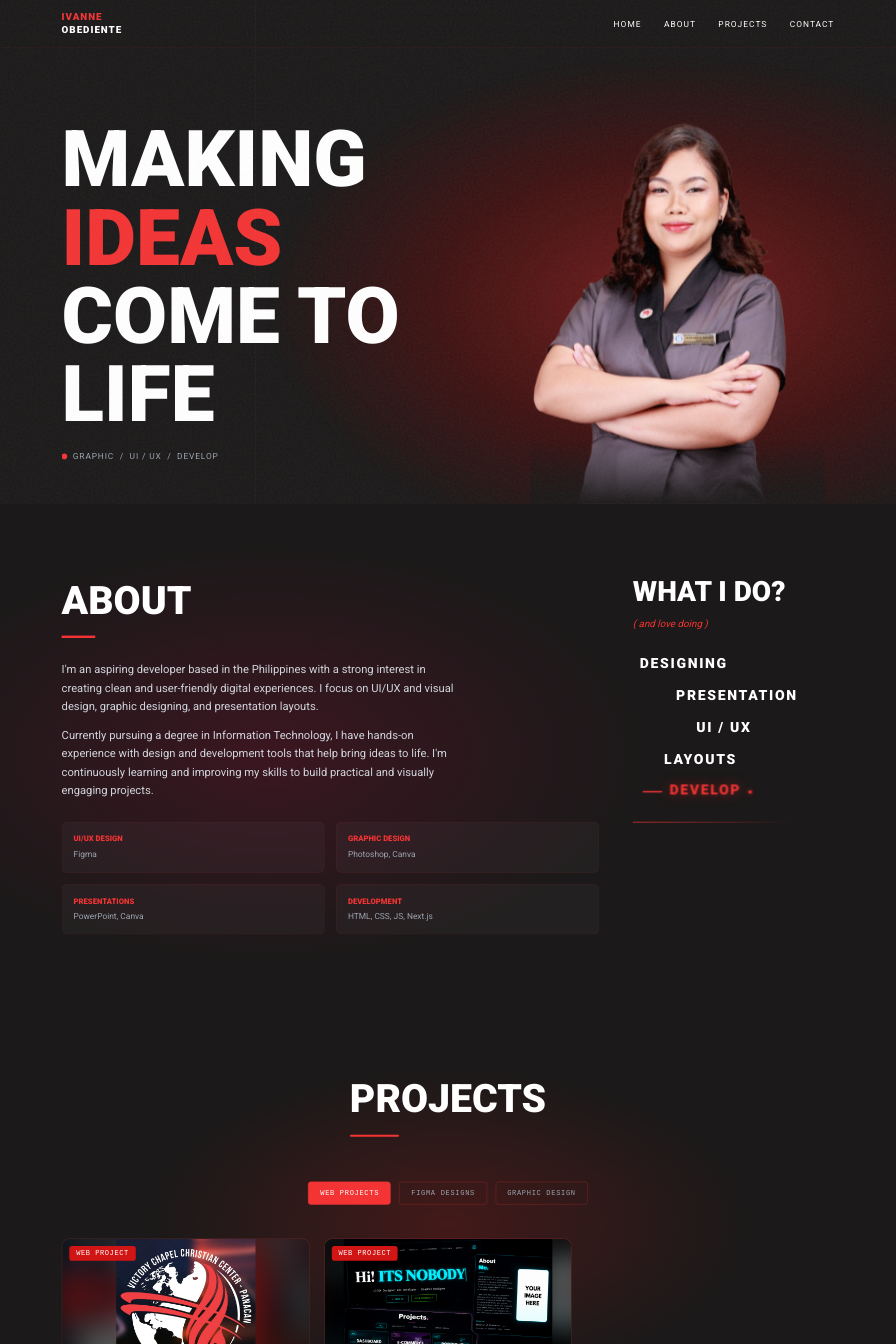
Repository: banbanny/my-portfolio
Page: /
The author's editor kept a copy of each file at every save. The page is drawn from the files as they stood at one save, then again after the next save.
The browser window is 1280 px wide. The pictures show the part of the page from y = 0 to 1920 px (the page is 4275 px tall), at 70% of full size.
The project was rebuilt for these pictures with package versions that can differ from the ones it lists, and the page was loaded fresh each time. The framework's server and built-in components were replaced by stand-ins that run in the browser. Also part of the build but not shown: next.config.js.

Above is the page before, as saved 2026-05-07 13:55:51.

### src/app/layout.tsx
import type { Metadata } from "next";
import "./globals.css";

export const metadata: Metadata = {
  title: "Ivanne Obediente | Portfolio",
  description:
    "Aspiring developer based in the Philippines — design, UI/UX, and visual storytelling.",
};

export default function RootLayout({
  children,
}: {
  children: React.ReactNode;
}) {
  return (
    <html lang="en">
      <body>{children}</body>
    </html>
  );
}

### src/app/page.tsx
import Navbar from "@/components/Navbar";
import Hero from "@/components/Hero";
import About from "@/components/About";
import Projects from "@/components/Projects";
import Certifications from "@/components/Certifications";
import TechStack from "@/components/TechStack";
import Footer from "@/components/Footer";

export default function Home() {
  return (
    <main style={{ background: "#1B1919" }}>
      <Navbar />
      <Hero />
      <About />
      <Projects />
      <Certifications />
      <TechStack />
      <Footer />
    </main>
  );
}

### src/app/globals.css
@import url("https://fonts.googleapis.com/css2?family=Roboto:wght@400;900&display=swap");
@tailwind base;
@tailwind components;
@tailwind utilities;

:root {
  --bg: #1b1919;
  --white: #ffffff;
  --red-primary: #f43434;
  --red-dark: #d22828;
  --red-bright: #ff3c00;
  --red-accent: #ff0033;
}

* {
  margin: 0;
  padding: 0;
  box-sizing: border-box;
}

html {
  scroll-behavior: smooth;
}

body {
  background-color: var(--bg);
  color: var(--white);
  font-family: "Roboto", sans-serif;
  font-weight: 400;
  overflow-x: hidden;
}

/* ─── Noise texture overlay ─── */
body::before {
  content: "";
  position: fixed;
  inset: 0;
  background-image: url("data:[embedded picture, 306 characters]");
  pointer-events: none;
  z-index: 9999;
  opacity: 10;
}

/* ─── Red glow blob (hero background) ─── */
.hero-glow {
  background: radial-gradient(
    ellipse 60% 55% at 80% 50%,
    rgba(210, 40, 40, 0.55) 0%,
    rgba(255, 60, 0, 0.25) 45%,
    transparent 75%
  );
}

/* ─── Section red glow (bottom sections) ─── */
.section-glow {
  background: radial-gradient(
    ellipse 70% 50% at 50% 100%,
    rgba(210, 40, 40, 0.3) 0%,
    transparent 70%
  );
}

/* ─── Typography utilities ─── */
.font-black-roboto {
  font-family: "Roboto", sans-serif;
  font-weight: 900;
}

.text-red {
  color: var(--red-primary);
}

/* ─── Divider line ─── */
.divider {
  height: 2px;
  background: var(--red-primary);
  width: 100%;
}

/* ─── Vertical label (ABOUT) ─── */
.vertical-label {
  writing-mode: vertical-rl;
  text-orientation: mixed;
  transform: rotate(180deg);
  letter-spacing: 0.3em;
  font-weight: 900;
  font-size: 1.1rem;
}

/* ─── Card white box ─── */
.card-white {
  background: #ffffff;
  color: #1b1919;
  border-radius: 4px;
}

/* ─── Navbar link hover ─── */
.nav-link {
  position: relative;
  font-size: 0.75rem;
  letter-spacing: 0.12em;
  text-transform: uppercase;
  transition: color 0.2s;
}
.nav-link::after {
  content: "";
  position: absolute;
  left: 0;
  bottom: -2px;
  width: 0;
  height: 1px;
  background: var(--red-primary);
  transition: width 0.25s;
}
.nav-link:hover {
  color: var(--red-primary);
}
.nav-link:hover::after {
  width: 100%;
}

/* ─── Tech stack / cert card hover ─── */
.stack-card {
  border: 1px solid rgba(244, 52, 52, 0.3);
  transition: border-color 0.2s, transform 0.2s;
}
.stack-card:hover {
  border-color: var(--red-primary);
  transform: translateY(-2px);
}

/* ─── Project card hover ─── */
.project-card {
  transition: transform 0.2s, box-shadow 0.2s;
}
.project-card:hover {
  transform: translateY(-4px);
  box-shadow: 0 8px 30px rgba(244, 52, 52, 0.25);
}

/* ─── Scroll fade-in animation ─── */
@keyframes fadeUp {
  from {
    opacity: 0;
    transform: translateY(24px);
  }
  to {
    opacity: 1;
    transform: translateY(0);
  }
}
.animate-fadeUp {
  animation: fadeUp 0.6s ease forwards;
}

### src/components/Navbar.tsx
"use client";

import { useState } from "react";

const links = [
  { label: "Home", href: "#home" },
  { label: "About", href: "#about" },
  { label: "Projects", href: "#projects" },
  { label: "Contact", href: "#contact" },
];

export default function Navbar() {
  const [menuOpen, setMenuOpen] = useState(false);

  return (
    <header
      className="fixed top-0 left-0 w-full z-50"
      style={{
        background:
          "linear-gradient(180deg, rgba(27,25,25,0.98) 0%, rgba(27,25,25,0.85) 100%)",
        backdropFilter: "blur(6px)",
        borderBottom: "1px solid rgba(244,52,52,0.1)",
      }}
    >
      <div className="max-w-6xl mx-auto px-6 py-4 flex items-center justify-between">
        {/* Logo / Name */}
        <div>

          <p
            className="font-black-roboto text-sm tracking-widest uppercase leading-tight"
            style={{ color: "#F43434" }}
          >
            Ivanne
          </p>
          <p className="font-black-roboto text-sm tracking-widest uppercase leading-tight text-white">
            Obediente
          </p>
        </div>

        {/* Desktop Nav */}
        <nav className="hidden md:flex items-center gap-8">
          {links.map((link) => (
            <a key={link.href} href={link.href} className="nav-link text-white">
              {link.label}
            </a>
          ))}
        </nav>

        {/* Mobile Hamburger */}
        <button
          className="md:hidden flex flex-col gap-1.5 p-2"
          onClick={() => setMenuOpen(!menuOpen)}
          aria-label="Toggle menu"
        >
          <span
            className="block w-6 h-0.5 bg-white transition-transform"
            style={menuOpen ? { transform: "rotate(45deg) translate(3px, 3px)" } : {}}
          />
          <span
            className="block w-6 h-0.5 bg-white transition-opacity"
            style={menuOpen ? { opacity: 0 } : {}}
          />
          <span
            className="block w-6 h-0.5 bg-white transition-transform"
            style={menuOpen ? { transform: "rotate(-45deg) translate(3px, -3px)" } : {}}
          />
        </button>
      </div>

      {/* Mobile Menu */}
      {menuOpen && (
        <div
          className="md:hidden px-6 pb-6 flex flex-col gap-5"
          style={{ background: "rgba(27,25,25,0.98)" }}
        >
          {links.map((link) => (
            <a
              key={link.href}
              href={link.href}
              className="nav-link text-white text-sm"
              onClick={() => setMenuOpen(false)}
            >
              {link.label}
            </a>
          ))}
        </div>
      )}
    </header>
  );
}

### src/components/Hero.tsx
"use client";
import Image from "next/image";
import { useEffect, useState } from "react";

export default function Hero() {
  const [mounted, setMounted] = useState(false);
  useEffect(() => { setMounted(true); }, []);

  return (
    <section id="home" className="relative overflow-hidden" style={{ background: "#1B1919", minHeight: "100vh" }}>
      <style>{`
        @keyframes fadeInUp { from { opacity:0; transform:translateY(40px); } to { opacity:1; transform:translateY(0); } }
        @keyframes fadeInRight { from { opacity:0; transform:translateX(60px); } to { opacity:1; transform:translateX(0); } }
        @keyframes fadeIn { from { opacity:0; } to { opacity:1; } }
        @keyframes glowPulse { 0%,100% { opacity:0.85; } 50% { opacity:1; } }
        .hero-glow   { animation: fadeIn 1.2s ease forwards, glowPulse 4s ease-in-out 1.2s infinite; }
        .hero-photo  { animation: fadeInRight 1s cubic-bezier(0.22,1,0.36,1) 0.2s both; }
        .hero-line-1 { animation: fadeInUp 0.7s cubic-bezier(0.22,1,0.36,1) 0.3s both; }
        .hero-line-2 { animation: fadeInUp 0.7s cubic-bezier(0.22,1,0.36,1) 0.45s both; }
        .hero-line-3 { animation: fadeInUp 0.7s cubic-bezier(0.22,1,0.36,1) 0.6s both; }
        .hero-line-4 { animation: fadeInUp 0.7s cubic-bezier(0.22,1,0.36,1) 0.75s both; }
        .hero-tags   { animation: fadeInUp 0.7s cubic-bezier(0.22,1,0.36,1) 0.95s both; }
      `}</style>

      {/* Red radial glow */}
      <div className="absolute inset-0 pointer-events-none hero-glow"
        style={{ background: "radial-gradient(ellipse 65% 70% at 75% 60%, rgba(143,29,29,0.81) 0%, rgba(124,9,9,0.4) 40%, transparent 70%)", opacity: mounted ? undefined : 0 }}
        aria-hidden="true" />

      {/* PHOTO — visible on all screens */}
      <div
        className="absolute bottom-0 right-0 md:right-[8%] hero-photo"
        style={{
          width: "clamp(180px, 55vw, 420px)",
          height: "85vh",
          zIndex: 1,
          opacity: mounted ? undefined : 0,
        }}
      >
        <Image src="/hero.png" fill alt="Ivanne Obediente" className="object-cover object-top" priority />

        {/* Mobile: strong left gradient so text stays readable */}
        <div
          className="absolute inset-0 md:hidden"
          style={{ background: "linear-gradient(to right, #1B1919 35%, transparent 100%)" }}
        />
        {/* Bottom fade on all screens */}
        <div
          className="absolute inset-0"
          style={{ background: "linear-gradient(to bottom, transparent 85%, #1B1919 100%)" }}
        />
      </div>

      {/* CONTENT */}
      <div className="relative max-w-6xl mx-auto px-6 w-full flex flex-col justify-center" style={{ minHeight: "100vh", zIndex: 2 }}>
        <div className="max-w-lg pt-24 md:pt-28">
          <h1 className="font-black-roboto uppercase leading-none" style={{ fontSize: "clamp(3rem, 10vw, 7rem)" }}>
            <span className="text-white block hero-line-1" style={{ opacity: mounted ? undefined : 0 }}>MAKING</span>
            <span className="block hero-line-2" style={{ color: "#F43434", opacity: mounted ? undefined : 0 }}>IDEAS</span>
            <span className="text-white block hero-line-3" style={{ opacity: mounted ? undefined : 0 }}>COME TO</span>
            <span className="text-white block hero-line-4" style={{ opacity: mounted ? undefined : 0 }}>LIFE</span>
          </h1>
          <div
            className="flex flex-wrap items-center gap-2 mt-6 text-xs text-gray-400 tracking-widest uppercase hero-tags"
            style={{ opacity: mounted ? undefined : 0 }}
          >
            <span className="inline-block w-2 h-2 rounded-full" style={{ background: "#f43434" }} />
            <span>Graphic</span><span>/</span><span>UI / UX</span><span>/</span><span>Develop</span>
          </div>
        </div>
      </div>
    </section>
  );
}

### src/components/TechStack.tsx
'use client'

import { useEffect, useRef, useState } from "react";

const techStacks = [
  { name: "HTML5",        icon: "https://cdn.jsdelivr.net/gh/devicons/devicon/icons/html5/html5-original.svg" },
  { name: "CSS3",         icon: "https://cdn.jsdelivr.net/gh/devicons/devicon/icons/css3/css3-original.svg" },
  { name: "JavaScript",   icon: "https://cdn.jsdelivr.net/gh/devicons/devicon/icons/javascript/javascript-original.svg" },
  { name: "TypeScript",   icon: "https://cdn.jsdelivr.net/gh/devicons/devicon/icons/typescript/typescript-original.svg" },
  { name: "React",        icon: "https://cdn.jsdelivr.net/gh/devicons/devicon/icons/react/react-original.svg" },
  { name: "Next.js",      icon: "https://cdn.jsdelivr.net/gh/devicons/devicon/icons/nextjs/nextjs-original.svg" },
  { name: "Tailwind CSS", icon: "https://cdn.jsdelivr.net/gh/devicons/devicon/icons/tailwindcss/tailwindcss-original.svg" },
  { name: "Figma",        icon: "https://cdn.jsdelivr.net/gh/devicons/devicon/icons/figma/figma-original.svg" },
];

const devTools = [
  { name: "VS Code",   icon: "https://cdn.jsdelivr.net/gh/devicons/devicon/icons/vscode/vscode-original.svg" },
  { name: "Git",       icon: "https://cdn.jsdelivr.net/gh/devicons/devicon/icons/git/git-original.svg" },
  { name: "GitHub",    icon: "https://cdn.jsdelivr.net/gh/devicons/devicon/icons/github/github-original.svg" },
  { name: "Photoshop", icon: "https://cdn.jsdelivr.net/gh/devicons/devicon/icons/photoshop/photoshop-original.svg" },
  { name: "Canva",     icon: "https://cdn.jsdelivr.net/gh/devicons/devicon/icons/canva/canva-original.svg" },
  { name: "Notion",    icon: "https://cdn.jsdelivr.net/gh/devicons/devicon/icons/notion/notion-original.svg" },
  { name: "Vercel",    icon: "https://cdn.jsdelivr.net/gh/devicons/devicon/icons/vercel/vercel-original.svg" },
];

function TechItem({
  name,
  icon,
  delay,
  visible,
}: {
  name: string;
  icon: string;
  delay: number;
  visible: boolean;
}) {
  const [hovered, setHovered] = useState(false);

  return (
    <div
      className="flex flex-col items-center justify-center rounded-lg border cursor-default aspect-square"
      style={{
        padding: "20px 12px",
        borderColor: hovered ? "rgba(244,52,52,0.4)" : "rgba(244,52,52,0.15)",
        background: hovered ? "rgba(244,52,52,0.06)" : "rgba(255,255,255,0.03)",
        transform: visible
          ? hovered
            ? "translateY(-4px) scale(1.05)"
            : "translateY(0) scale(1)"
          : "translateY(30px) rotate(-15deg) scale(0.7)",
        opacity: visible ? 1 : 0,
        transition: visible
          ? `transform 0.55s cubic-bezier(0.34,1.56,0.64,1) ${delay}ms, opacity 0.45s ease ${delay}ms, background 0.2s, border-color 0.2s`
          : "none",
      }}
      onMouseEnter={() => setHovered(true)}
      onMouseLeave={() => setHovered(false)}
    >
      <img
        src={icon}
        alt={name}
        style={{
          width: "40px",
          height: "40px",
          objectFit: "contain",
          transform: hovered ? "rotate(10deg) scale(1.1)" : "rotate(0deg) scale(1)",
          transition: "transform 0.3s cubic-bezier(0.34,1.56,0.64,1)",
        }}
      />
      <span
        style={{
          fontFamily: "monospace",
          fontSize: "10px",
          color: hovered ? "#e5e7eb" : "#6b7280",
          textAlign: "center",
          letterSpacing: "0.05em",
          lineHeight: "1.3",
          marginTop: "8px",
          transition: "color 0.2s",
        }}
      >
        {name}
      </span>
    </div>
  );
}

function TechGrid({
  items,
  label,
  startDelay,
}: {
  items: { name: string; icon: string }[];
  label: string;
  startDelay: number;
}) {
  const ref = useRef<HTMLDivElement>(null);
  const [visible, setVisible] = useState(false);

  useEffect(() => {
    const observer = new IntersectionObserver(
      ([entry]) => {
        if (entry.isIntersecting) {
          setVisible(true);
          observer.disconnect();
        }
      },
      { threshold: 0.15 }
    );
    if (ref.current) observer.observe(ref.current);
    return () => observer.disconnect();
  }, []);

  return (
    <div ref={ref} className="text-center">
      <p className="font-black-roboto uppercase tracking-widest text-gray-500 text-xs mb-6">
        {label}
      </p>
      <div
        className="grid justify-center gap-5 sm:gap-6 md:gap-8"
        style={{
          gridTemplateColumns: "repeat(auto-fit, minmax(90px, 1fr))",
          maxWidth: "700px",
          margin: "0 auto",
        }}
      >
        {items.map((item, i) => (
          <TechItem
            key={item.name}
            {...item}
            delay={startDelay + i * 60}
            visible={visible}
          />
        ))}
      </div>
    </div>
  );
}

export default function TechStack() {
  return (
    <section
      id="techstack"
      className="relative py-24 overflow-hidden"
      style={{ background: "#1B1919" }}
    >
      <style>{`
        @keyframes sectionFadeUp {
          from { opacity: 0; transform: translateY(24px); }
          to   { opacity: 1; transform: translateY(0); }
        }
        .tech-heading { animation: sectionFadeUp 0.7s ease both; }
      `}</style>

      {/* Glow */}
      <div
        className="absolute pointer-events-none"
        style={{
          top: "50%",
          left: "50%",
          transform: "translate(-50%, -50%)",
          width: "100%",
          height: "100%",
          background:
            "radial-gradient(ellipse 60% 50% at 50% 50%, rgba(210,40,40,0.15) 0%, transparent 75%)",
        }}
        aria-hidden="true"
      />

      <div className="relative max-w-6xl mx-auto px-6">

        {/* Heading */}
        <div className="text-center mb-16 tech-heading">
          <div style={{ display: "inline-block" }}>
            <h2 className="font-black-roboto text-4xl md:text-5xl uppercase">
              <span className="text-white">TECH </span>
              <span style={{ color: "#F43434" }}>STACKS</span>
            </h2>
            <div style={{ width: "20%", height: "3px", background: "#F43434", marginTop: "10px", borderRadius: "2px" }} />
          </div>
        </div>

        {/* Tech Stacks grid */}
        <div className="mb-16">
          <TechGrid items={techStacks} label="TECH STACKS" startDelay={0} />
        </div>

        {/* Divider */}
        <div className="w-full h-px mb-12" style={{ background: "rgba(244,52,52,0.15)" }} />

        {/* Dev Tools grid */}
        <TechGrid items={devTools} label="DEVELOPMENT TOOLS" startDelay={100} />

      </div>
    </section>
  );
}

### tailwind.config.ts
import type { Config } from "tailwindcss";

const config: Config = {
  content: [
    "./src/pages/**/*.{js,ts,jsx,tsx,mdx}",
    "./src/components/**/*.{js,ts,jsx,tsx,mdx}",
    "./src/app/**/*.{js,ts,jsx,tsx,mdx}",
  ],
  theme: {
    extend: {
      colors: {
        background: "#1B1919",
        red: {
          primary: "#F43434",
          dark: "#D22828",
          bright: "#FF3C00",
          accent: "#FF0033",
        },
      },
      fontFamily: {
        roboto: ["Roboto", "sans-serif"],
      },
    },
  },
  plugins: [],
};
export default config;

Loaded but not shown: src/components/Certifications.tsx (272 lines, source omitted); src/components/Projects.tsx (162 lines, source omitted); src/components/About.tsx (122 lines, source omitted); src/components/Footer.tsx (100 lines, source omitted)

After the next save:
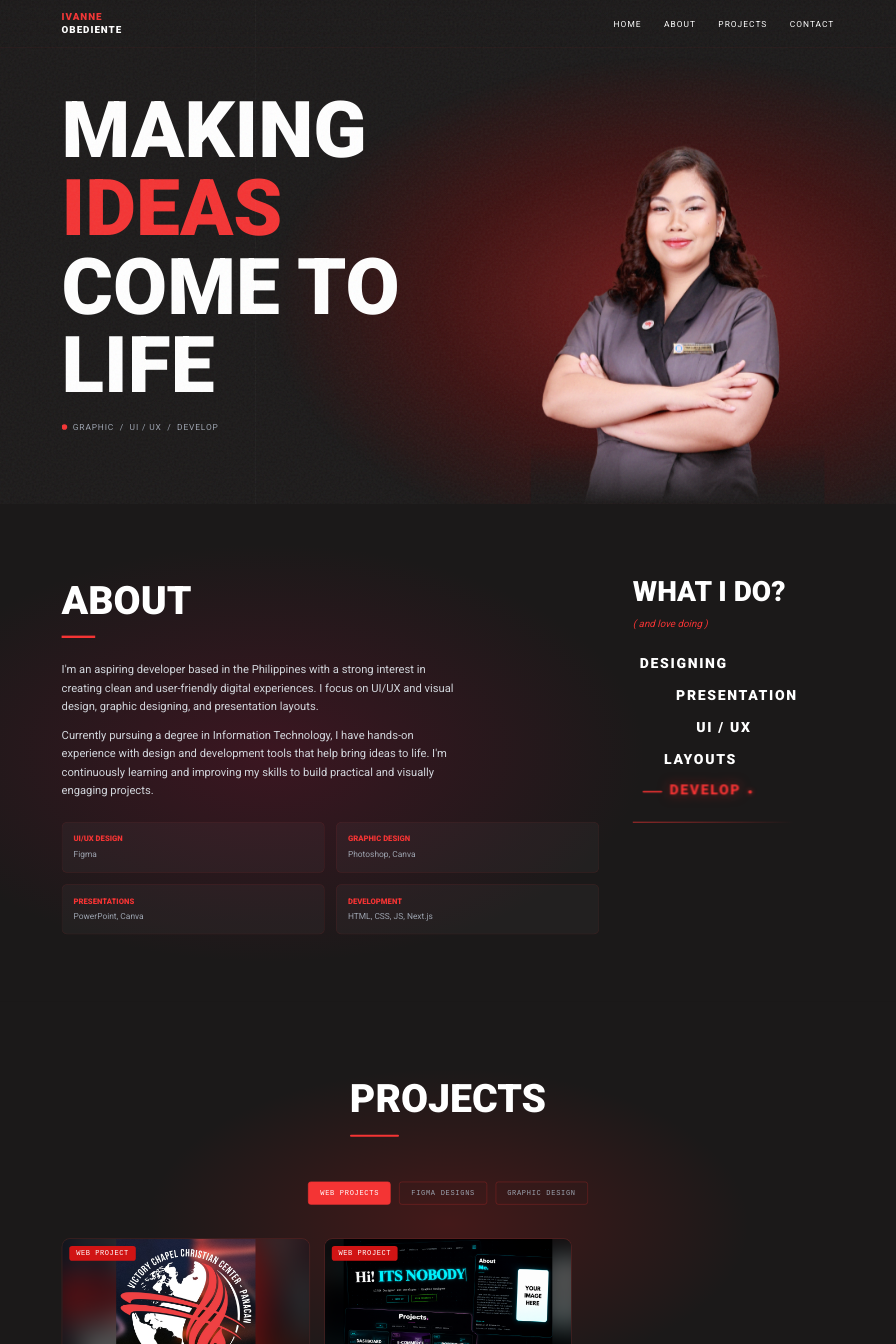
Saved 2 min 4 s later.
--- a/src/components/Hero.tsx
+++ b/src/components/Hero.tsx
@@ -7,7 +7,11 @@ export default function Hero() {
   useEffect(() => { setMounted(true); }, []);
 
   return (
-    <section id="home" className="relative overflow-hidden" style={{ background: "#1B1919", minHeight: "100vh" }}>
+    <section
+      id="home"
+      className="relative overflow-hidden"
+      style={{ background: "#1B1919", minHeight: "100svh" }}
+    >
       <style>{`
         @keyframes fadeInUp { from { opacity:0; transform:translateY(40px); } to { opacity:1; transform:translateY(0); } }
         @keyframes fadeInRight { from { opacity:0; transform:translateX(60px); } to { opacity:1; transform:translateX(0); } }
@@ -23,45 +27,54 @@ export default function Hero() {
       `}</style>
 
       {/* Red radial glow */}
-      <div className="absolute inset-0 pointer-events-none hero-glow"
-        style={{ background: "radial-gradient(ellipse 65% 70% at 75% 60%, rgba(143,29,29,0.81) 0%, rgba(124,9,9,0.4) 40%, transparent 70%)", opacity: mounted ? undefined : 0 }}
-        aria-hidden="true" />
+      <div
+        className="absolute inset-0 pointer-events-none hero-glow"
+        style={{
+          background: "radial-gradient(ellipse 65% 70% at 75% 60%, rgba(143,29,29,0.81) 0%, rgba(124,9,9,0.4) 40%, transparent 70%)",
+          opacity: mounted ? undefined : 0,
+        }}
+        aria-hidden="true"
+      />
 
-      {/* PHOTO — visible on all screens */}
+      {/* PHOTO */}
       <div
         className="absolute bottom-0 right-0 md:right-[8%] hero-photo"
         style={{
-          width: "clamp(180px, 55vw, 420px)",
-          height: "85vh",
+          width: "clamp(160px, 50vw, 420px)",
+          height: "80vh",
           zIndex: 1,
           opacity: mounted ? undefined : 0,
         }}
       >
         <Image src="/hero.png" fill alt="Ivanne Obediente" className="object-cover object-top" priority />
-
-        {/* Mobile: strong left gradient so text stays readable */}
-        <div
-          className="absolute inset-0 md:hidden"
-          style={{ background: "linear-gradient(to right, #1B1919 35%, transparent 100%)" }}
-        />
-        {/* Bottom fade on all screens */}
-        <div
-          className="absolute inset-0"
-          style={{ background: "linear-gradient(to bottom, transparent 85%, #1B1919 100%)" }}
-        />
+        {/* Mobile: dark left gradient so text stays readable */}
+        <div className="absolute inset-0 md:hidden" style={{ background: "linear-gradient(to right, #1B1919 30%, transparent 100%)" }} />
+        {/* Bottom fade */}
+        <div className="absolute inset-0" style={{ background: "linear-gradient(to bottom, transparent 85%, #1B1919 100%)" }} />
       </div>
 
-      {/* CONTENT */}
-      <div className="relative max-w-6xl mx-auto px-6 w-full flex flex-col justify-center" style={{ minHeight: "100vh", zIndex: 2 }}>
-        <div className="max-w-lg pt-24 md:pt-28">
-          <h1 className="font-black-roboto uppercase leading-none" style={{ fontSize: "clamp(3rem, 10vw, 7rem)" }}>
+      {/* CONTENT — vertically centered, tight padding on mobile */}
+      <div
+        className="relative max-w-6xl mx-auto px-6 w-full flex flex-col justify-center"
+        style={{
+          minHeight: "100svh",
+          zIndex: 2,
+          paddingTop: "clamp(70px, 12vh, 120px)",
+          paddingBottom: "clamp(40px, 8vh, 80px)",
+        }}
+      >
+        <div className="max-w-lg">
+          <h1
+            className="font-black-roboto uppercase leading-none"
+            style={{ fontSize: "clamp(2.5rem, 11vw, 7rem)" }}
+          >
             <span className="text-white block hero-line-1" style={{ opacity: mounted ? undefined : 0 }}>MAKING</span>
             <span className="block hero-line-2" style={{ color: "#F43434", opacity: mounted ? undefined : 0 }}>IDEAS</span>
             <span className="text-white block hero-line-3" style={{ opacity: mounted ? undefined : 0 }}>COME TO</span>
             <span className="text-white block hero-line-4" style={{ opacity: mounted ? undefined : 0 }}>LIFE</span>
           </h1>
           <div
-            className="flex flex-wrap items-center gap-2 mt-6 text-xs text-gray-400 tracking-widest uppercase hero-tags"
+            className="flex flex-wrap items-center gap-2 mt-4 md:mt-6 text-xs text-gray-400 tracking-widest uppercase hero-tags"
             style={{ opacity: mounted ? undefined : 0 }}
           >
             <span className="inline-block w-2 h-2 rounded-full" style={{ background: "#f43434" }} />
